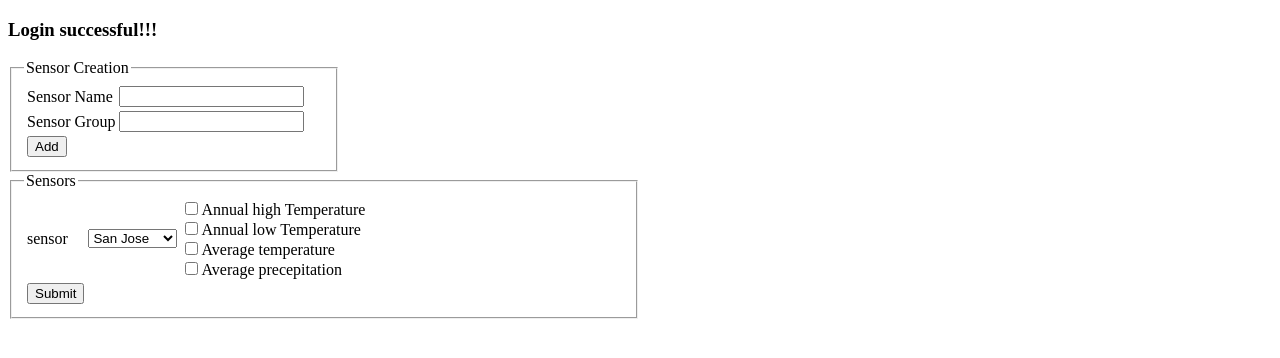
Repository: SharatNH/281mainproject
Page: sensorcloud/WebContent/index.html
The author's editor kept a copy of each file at every save. The page is drawn from the files as they stood at one save, then again after the next save.
The browser window is 1280 px wide. The pictures show the whole page.

Above is the page before, as saved 2016-05-15 22:12:16.

After the next save:
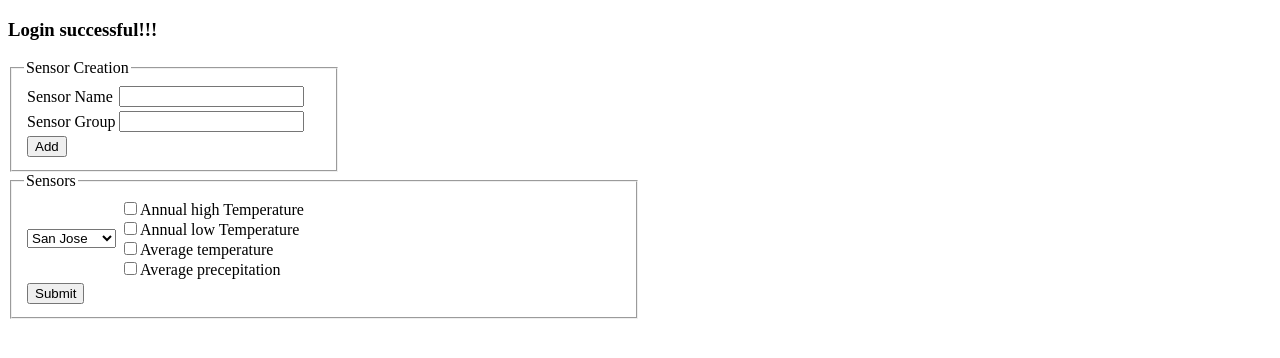
Saved 66 s later.
--- a/sensorcloud/WebContent/index.html
+++ b/sensorcloud/WebContent/index.html
@@ -27,9 +27,7 @@
             <legend> Sensors </legend>
             <table>
                 <tr>
-                    <td>
-                      <label for="sensor">sensor</label>
-                      </td>
+
                     <td>
                     <select>
   						<option value="San Jose">San Jose</option>
